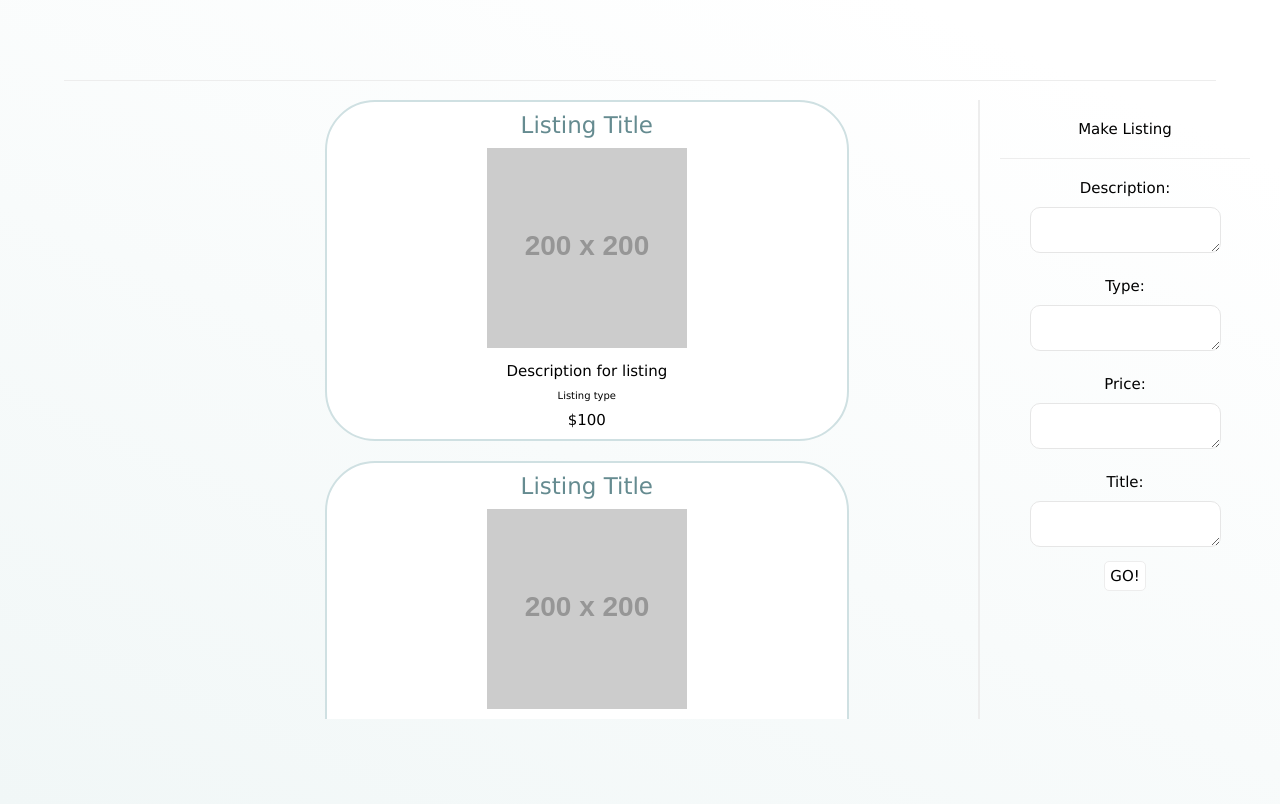
Repository: nataliekchristie/InternetApplicationDevelopment-DockerApp
Page: /
These files come from the project's save history. The page is drawn as it stood at one moment and after the next save; the edit follows.
The browser window is 1280 px wide. The pictures show the whole page.
The page's requests for data from a server got no answer. An inner scrolling area shows only its first screen. The project was rebuilt for these pictures with package versions that can differ from the ones it lists, and the page was loaded fresh each time. No one was signed in, and anything a server would have sent is missing.

Above is the page before, as saved 2021-12-13 22:04:10.

After the next save:
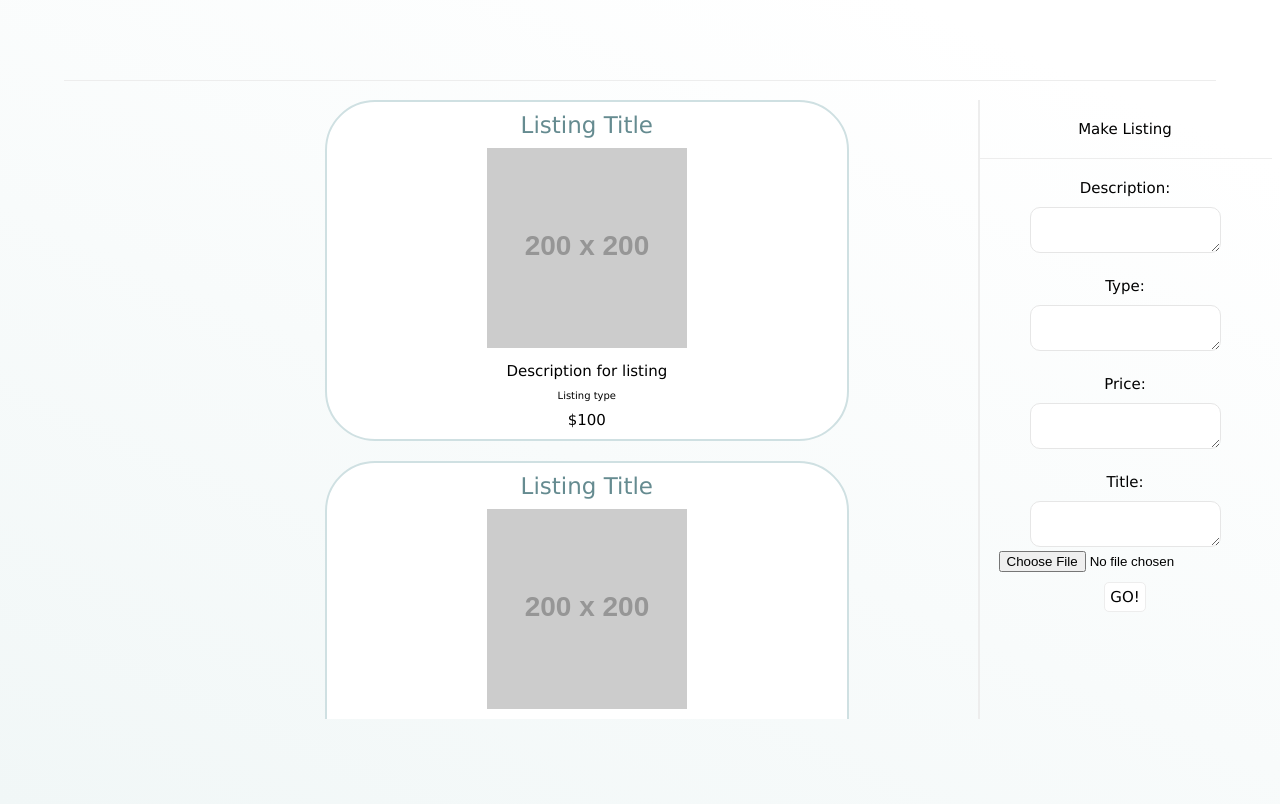
Saved 2 min 41 s later.
--- a/src/App.js
+++ b/src/App.js
@@ -269,6 +269,7 @@ const createListing = () => {
         <div className="makeListingBox"><textarea id="input-price" onChange={listingPrice}></textarea></div>
         <div className="listingText">Title:</div>
         <div className="makeListingBox"><textarea id="input-title" onChange={listingTitle}></textarea></div>
+        <input id="file-input" class="file-input" type="file" accept="image/gif, image/jpeg, image/png" onChange = {e => setImage(e)}/>
         <div><button className="makeListingSubmit" id="submit" onClick={onSubmit}>GO!</button></div>
       </form>
       </div>
